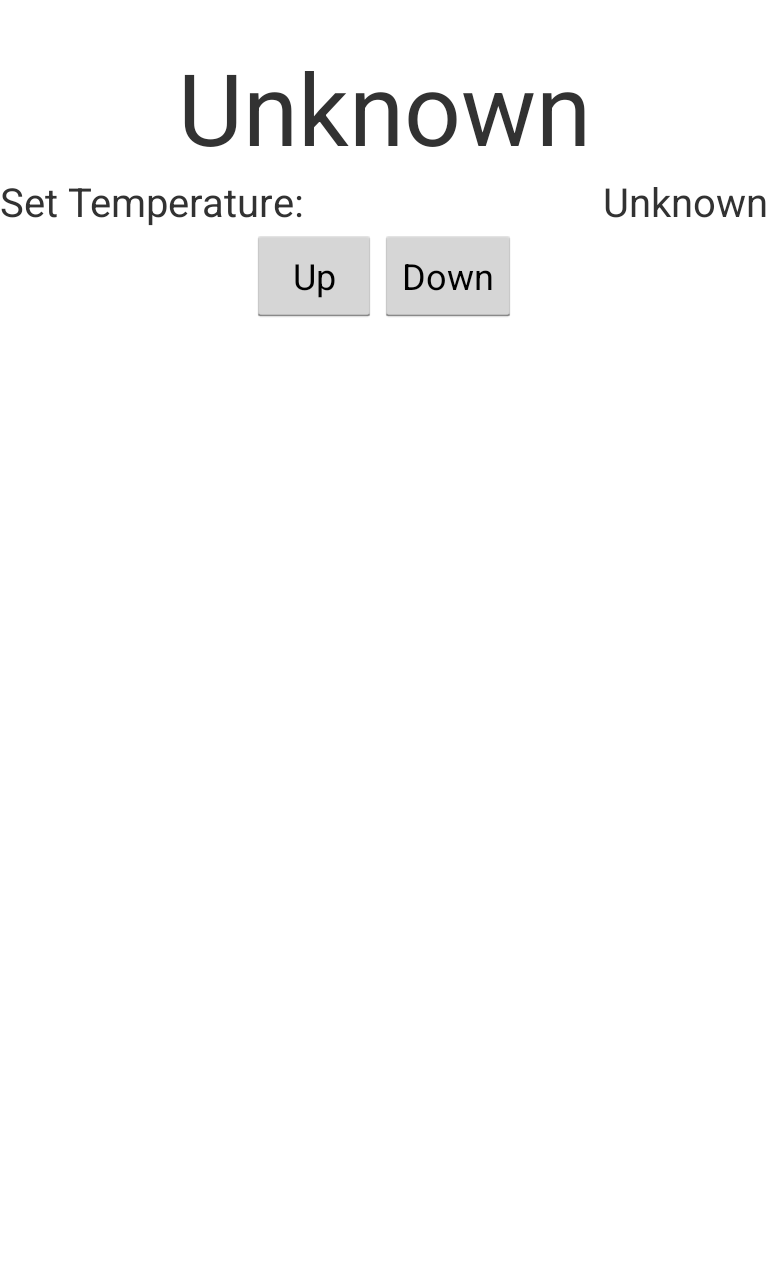
Repository: finerrecliner/SmartVent
Layout: SmartVent/res/layout/activity_room.xml
The author's editor kept a copy of each file at every save. The layout is drawn from the files as they stood at one save, then again after the next save.
It is drawn on a 768 x 1280 px phone screen (xhdpi) without system bars, with theme AppTheme; the app's code is not run.

Above is the layout before, as saved 2013-11-03 16:32:16.

### SmartVent/res/layout/activity_room.xml
<LinearLayout xmlns:android="http://schemas.android.com/apk/res/android"
    xmlns:tools="http://schemas.android.com/tools"
    android:layout_width="match_parent"
    android:layout_height="match_parent"
    android:gravity="fill_vertical"
    android:orientation="vertical"
    tools:context=".RoomActivity" >

    <LinearLayout
        android:id="@+id/current_temp_row"
        android:layout_width="match_parent"
        android:layout_height="wrap_content" >

        <TextView
            android:id="@+id/current_temp_val"
            android:layout_width="fill_parent"
            android:layout_height="wrap_content"
            android:gravity="center"
            android:textSize="50sp"
            android:paddingTop="20dp"
            android:text="@string/unknown" />

    </LinearLayout>

  <LinearLayout
        android:id="@+id/set_temp_row"
        android:layout_width="match_parent"
        android:layout_height="wrap_content" >

        <TextView
            android:id="@+id/set_temp_label"
            android:layout_width="wrap_content"
            android:layout_height="wrap_content"
            android:textSize="20sp"
            android:text="@string/set_temperature" />

        <TextView
            android:id="@+id/set_temp_val"
            android:layout_width="fill_parent"
            android:layout_height="wrap_content"
            android:gravity="right"
            android:textSize="20sp"
            android:text="@string/unknown" />
    </LinearLayout>

    <LinearLayout
        android:id="@+id/set_temp_buttons"
        android:layout_width="match_parent"
        android:layout_height="wrap_content"
        android:gravity="center" >

        <Button
            android:id="@+id/set_temp_up"
            android:layout_width="wrap_content"
            android:layout_height="wrap_content"
            android:text="@string/up" />

        <Button
            android:id="@+id/set_temp_down"
            android:layout_width="wrap_content"
            android:layout_height="wrap_content"
            android:text="@string/down" />

  	</LinearLayout>

</LinearLayout>

### SmartVent/res/values/strings.xml
<?xml version="1.0" encoding="utf-8"?>
<resources>

    <string name="app_name">SmartVent</string>
    <string name="menu_settings">Settings</string>
    <string name="current_temp">Current Temp:</string>
    <string name="room_label">Room:</string>
    <string name="set_temperature">Set Temperature:</string>
    <string name="unknown">Unknown</string>
    <string name="up">Up</string>
    <string name="down">Down</string>
    <string name="room">room</string>
    <string name="home_blueprint">home blueprint</string>

</resources>

Loaded but not shown: SmartVent/res/values/styles.xml (common file); SmartVent/res/values-v11/styles.xml (common file); SmartVent/res/values-v14/styles.xml (common file)

After the next save:
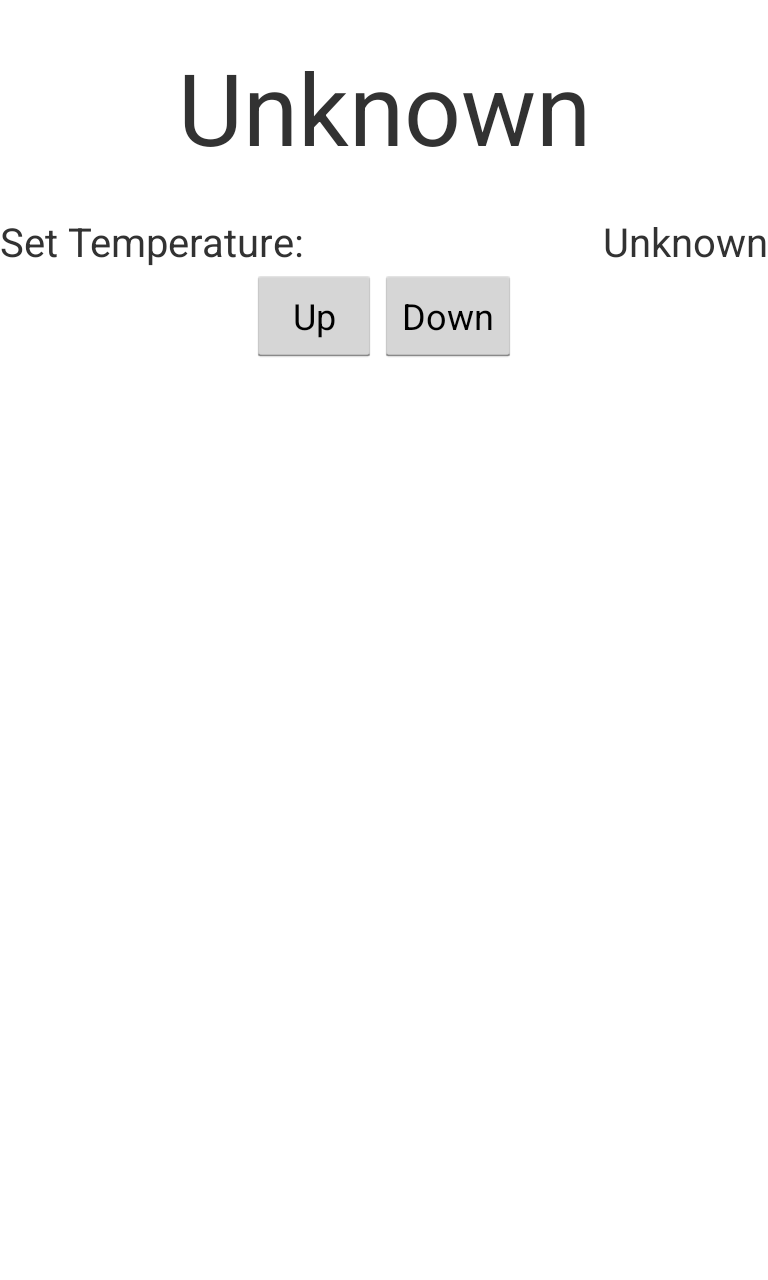
Saved 17 s later.
--- a/SmartVent/res/layout/activity_room.xml
+++ b/SmartVent/res/layout/activity_room.xml
@@ -18,6 +18,7 @@
             android:gravity="center"
             android:textSize="50sp"
             android:paddingTop="20dp"
+            android:paddingBottom="20dp"
             android:text="@string/unknown" />
 
     </LinearLayout>
